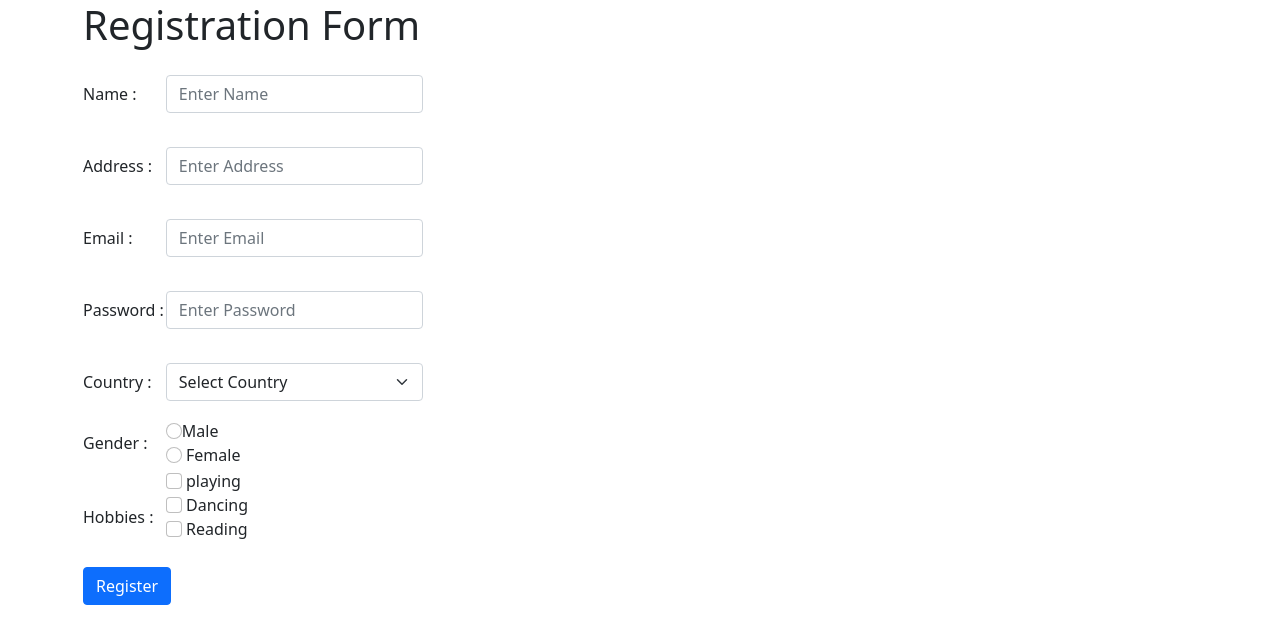
Repository: testuser85495/Java-Practical
Page: http://localhost/First_demo/
These files come from the project's save history. The page is drawn as it stood at one moment and after the next save; the edit follows.
The browser window is 1280 px wide. The pictures show the whole page.
The page is served by Tomcat 9. Other server files are loaded and not shown.

Above is the page before, as saved 2024-07-23 13:43:04.

### First_demo/src/main/webapp/index.jsp
<%@ page language="java" contentType="text/html; charset=UTF-8"
	pageEncoding="UTF-8"%>
<!DOCTYPE html>
<html>
<head>
    <!-- Required meta tags -->
    <meta charset="utf-8">
    <meta name="viewport" content="width=device-width, initial-scale=1">

    <!-- Bootstrap CSS -->
    <link href="https://cdn.jsdelivr.net/npm/bootstrap@5.0.2/dist/css/bootstrap.min.css" rel="stylesheet" integrity="sha384-EVSTQN3/azprG1Anm3QDgpJLIm9Nao0Yz1ztcQTwFspd3yD65VohhpuuCOmLASjC" crossorigin="anonymous">

    <title>Edit</title>
  </head>


<body>
	<div class="container">
		<%-- <h3 class="scriptlet">
			<%
			String msg = (String) request.getAttribute("msg");
			if (msg != null) {
				out.print(msg);
			}
			%>
		</h3> --%>

		<form action="UserController" method="post">
			<table cellspacing="15" class="tbl_reg">
				<tr>
					<td colspan="2">
						<h1>Registration Form</h1>
					</td>
				</tr>
				<tr>
					<td><label>Name : </label></td>
					<td><input type="text" name="name" placeholder="Enter Name" class="form-control my-3"
						required="required"></td>
				</tr>

				<tr>
					<td><label>Address : </label></td>
					<td><input type="text" name="address"
						placeholder="Enter Address" required="required" class="form-control my-3"></td>
				</tr>


				<tr>
					<td><label>Email : </label></td>
					<td><input type="email" name="email" placeholder="Enter Email"
						required="required" class="form-control my-3"></td>
				</tr>
				<tr>
					<td><label>Password : </label></td>
					<td><input type="password" name="password"
						placeholder="Enter Password" required="required" class="form-control my-3"></td>
				</tr>

				<tr>
					<td><label>Country : </label></td>
					<td><select name="country" id="Country" class="form-select my-3">
					        <option selected>Select Country</option>
							<option value="India">India</option>
							<option value="USA">USA</option>
							<option value="Canada">Canada</option>
							<option value="UK">UK</option>
					</select></td>
				</tr>

				<tr>
					<td><label>Gender : </label></td>
					<td><input type="radio" name="gender" value="male" class="form-check-input">Male<br>

						<input type="radio" name="gender" value="female" class="form-check-input">
						Female<br></td>
				</tr>


				<tr>
					<td><label>Hobbies : </label></td>


					<td><input type="checkbox" name="hobbie" value="playing" class="form-check-input">
					<label for="Hobbies"> playing</label>
					<br>
					<input type="checkbox" name="hobbie" value="Dancing" class="form-check-input">
					<label for="Hobbies"> Dancing</label>
					<br>
					<input type="checkbox" name="hobbie" value="Reading" class="form-check-input">
					<label for="Hobbies"> Reading</label>
					<br>
					<br></td>
				</tr>

				<tr>
					<td colspan="2"><input type="Submit" name="action"
						value="Register" class="btn btn-primary reg_submit" id="reg_submit" /></td>
				</tr>
			</table>
			<!-- <h4><a href="home.jsp">List</a></h4> -->
		</form>
	</div>
</body>
</html>

After the next save:
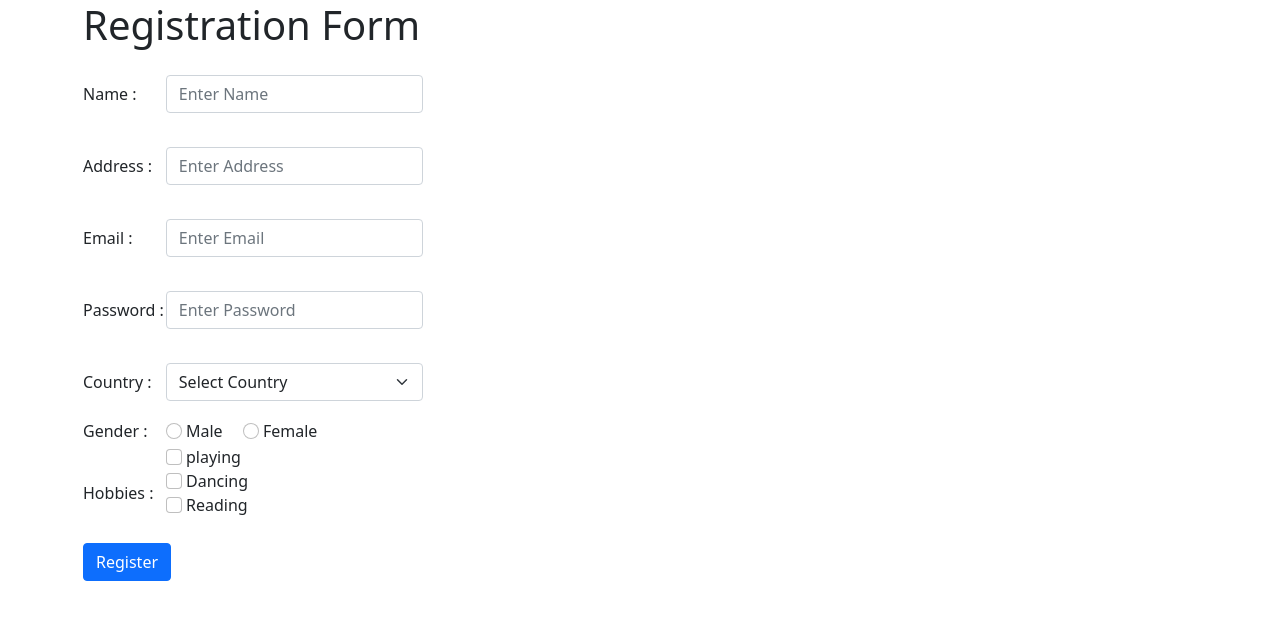
Saved 104 s later.
--- a/First_demo/src/main/webapp/index.jsp
+++ b/First_demo/src/main/webapp/index.jsp
@@ -3,15 +3,19 @@
 <!DOCTYPE html>
 <html>
 <head>
-    <!-- Required meta tags -->
-    <meta charset="utf-8">
-    <meta name="viewport" content="width=device-width, initial-scale=1">
+<!-- Required meta tags -->
+<meta charset="utf-8">
+<meta name="viewport" content="width=device-width, initial-scale=1">
 
-    <!-- Bootstrap CSS -->
-    <link href="https://cdn.jsdelivr.net/npm/bootstrap@5.0.2/dist/css/bootstrap.min.css" rel="stylesheet" integrity="sha384-EVSTQN3/azprG1Anm3QDgpJLIm9Nao0Yz1ztcQTwFspd3yD65VohhpuuCOmLASjC" crossorigin="anonymous">
+<!-- Bootstrap CSS -->
+<link
+	href="https://cdn.jsdelivr.net/npm/bootstrap@5.0.2/dist/css/bootstrap.min.css"
+	rel="stylesheet"
+	integrity="sha384-EVSTQN3/azprG1Anm3QDgpJLIm9Nao0Yz1ztcQTwFspd3yD65VohhpuuCOmLASjC"
+	crossorigin="anonymous">
 
-    <title>Edit</title>
-  </head>
+<title>Edit</title>
+</head>
 
 
 <body>
@@ -34,14 +38,15 @@
 				</tr>
 				<tr>
 					<td><label>Name : </label></td>
-					<td><input type="text" name="name" placeholder="Enter Name" class="form-control my-3"
-						required="required"></td>
+					<td><input type="text" name="name" placeholder="Enter Name"
+						class="form-control my-3" required="required"></td>
 				</tr>
 
 				<tr>
 					<td><label>Address : </label></td>
 					<td><input type="text" name="address"
-						placeholder="Enter Address" required="required" class="form-control my-3"></td>
+						placeholder="Enter Address" required="required"
+						class="form-control my-3"></td>
 				</tr>
 
 
@@ -53,13 +58,15 @@
 				<tr>
 					<td><label>Password : </label></td>
 					<td><input type="password" name="password"
-						placeholder="Enter Password" required="required" class="form-control my-3"></td>
+						placeholder="Enter Password" required="required"
+						class="form-control my-3"></td>
 				</tr>
 
 				<tr>
 					<td><label>Country : </label></td>
-					<td><select name="country" id="Country" class="form-select my-3">
-					        <option selected>Select Country</option>
+					<td><select name="country" id="Country"
+						class="form-select my-3">
+							<option selected>Select Country</option>
 							<option value="India">India</option>
 							<option value="USA">USA</option>
 							<option value="Canada">Canada</option>
@@ -69,10 +76,13 @@
 
 				<tr>
 					<td><label>Gender : </label></td>
-					<td><input type="radio" name="gender" value="male" class="form-check-input">Male<br>
-
-						<input type="radio" name="gender" value="female" class="form-check-input">
-						Female<br></td>
+					<td><label class="form-check-inline"> <input
+							type="radio" name="gender" value="male" class="form-check-input">
+							Male
+					</label> <label class="form-check-inline"> <input type="radio"
+							name="gender" value="female" class="form-check-input">
+							Female
+					</label></td>
 				</tr>
 
 
@@ -80,21 +90,19 @@
 					<td><label>Hobbies : </label></td>
 
 
-					<td><input type="checkbox" name="hobbie" value="playing" class="form-check-input">
-					<label for="Hobbies"> playing</label>
-					<br>
-					<input type="checkbox" name="hobbie" value="Dancing" class="form-check-input">
-					<label for="Hobbies"> Dancing</label>
-					<br>
-					<input type="checkbox" name="hobbie" value="Reading" class="form-check-input">
-					<label for="Hobbies"> Reading</label>
-					<br>
-					<br></td>
+					<td><input type="checkbox" name="hobbie" value="playing"
+						class="form-check-input"> <label for="Hobbies">
+							playing</label> <br> <input type="checkbox" name="hobbie"
+						value="Dancing" class="form-check-input"> <label
+						for="Hobbies"> Dancing</label> <br> <input type="checkbox"
+						name="hobbie" value="Reading" class="form-check-input"> <label
+						for="Hobbies"> Reading</label> <br> <br></td>
 				</tr>
 
 				<tr>
 					<td colspan="2"><input type="Submit" name="action"
-						value="Register" class="btn btn-primary reg_submit" id="reg_submit" /></td>
+						value="Register" class="btn btn-primary reg_submit"
+						id="reg_submit" /></td>
 				</tr>
 			</table>
 			<!-- <h4><a href="home.jsp">List</a></h4> -->
